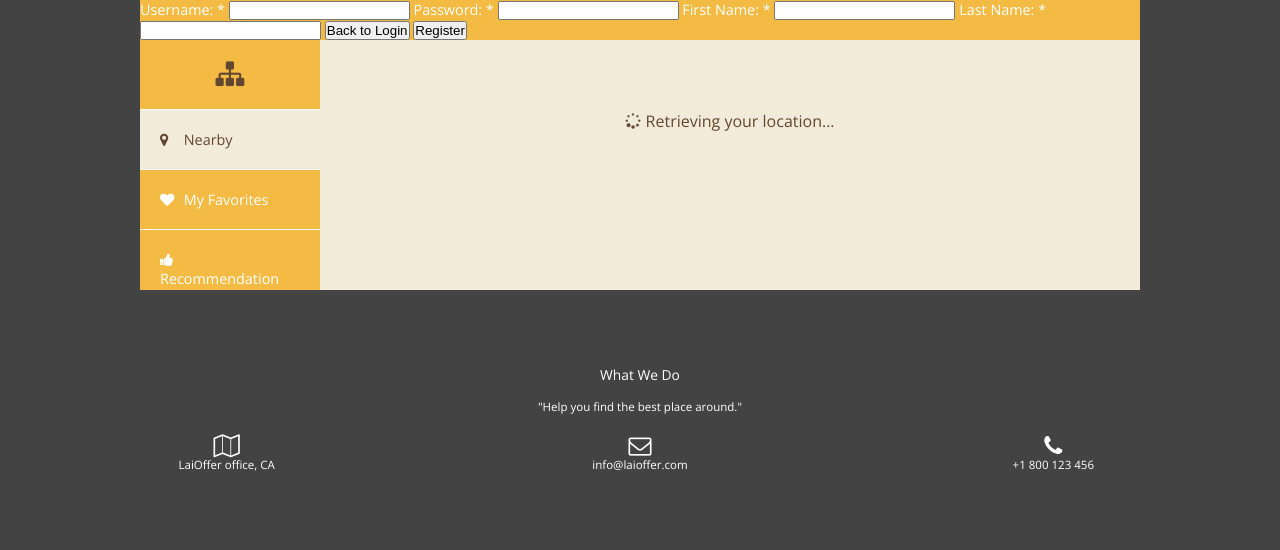
Repository: SeaJohnWeed/Ticket-Jupiter
Page: http://localhost/Jupiter/
These files come from the project's save history. The page is drawn as it stood at one moment and after the next save; the edit follows.
The browser window is 1280 px wide. The pictures show the part of the page from y = 310 to 1185 px (the page is 860 px tall before and 1185 px after).
Some web libraries are served in a nearby version. The page is served by Tomcat 9.

Above is the page before, as saved 2019-12-10 04:25:07.

After the next save:
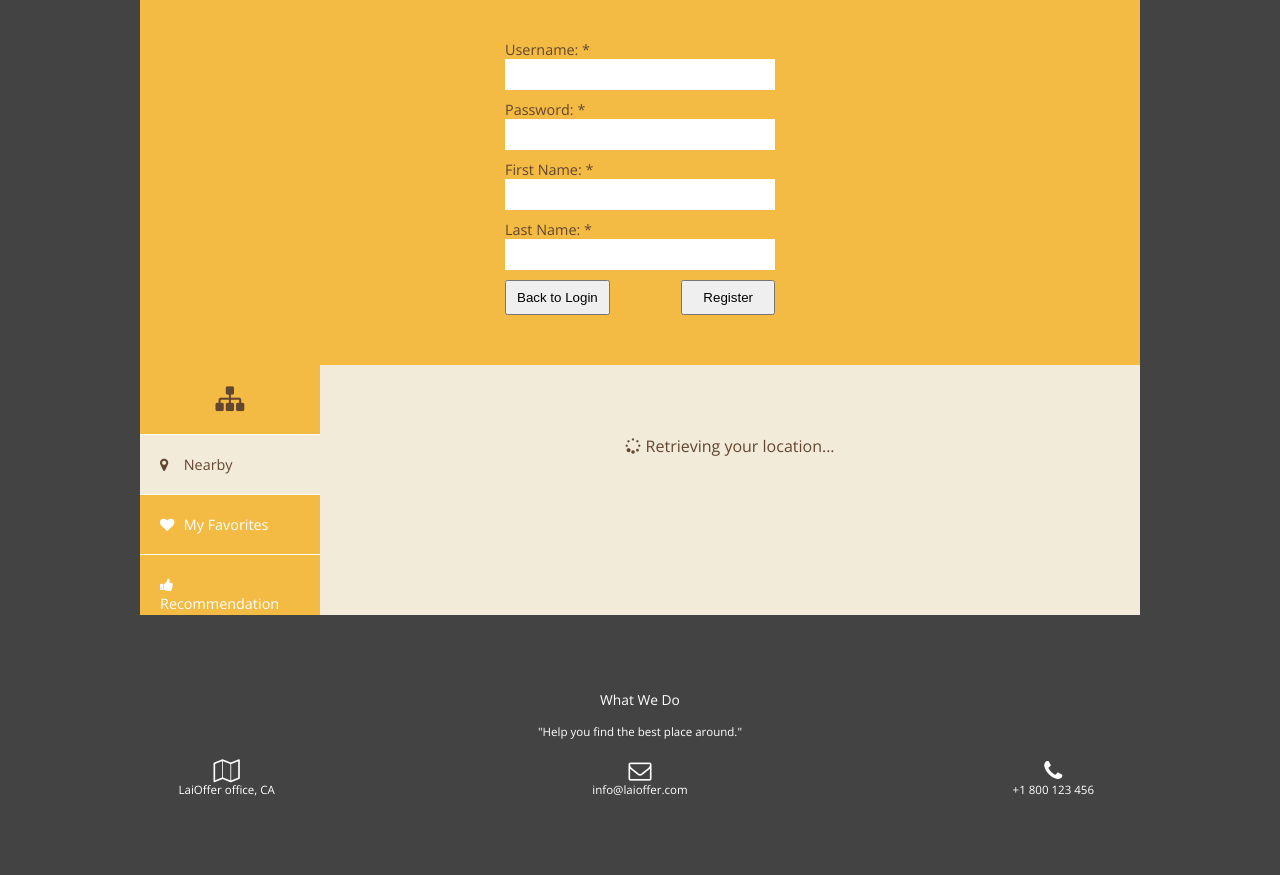
Saved 13 s later.
--- a/Jupiter/WebContent/styles/main.css
+++ b/Jupiter/WebContent/styles/main.css
@@ -83,7 +83,7 @@ ul {
 	align-items: center;
 	background:
 		url('http://folkartcarsi.com/img/4.jpg')
-		no-repeat 50% 50%;
+		no-repeat 50% 40%;
 	background-size: 100%;
 	display: flex;
 	height: 250px;
@@ -110,7 +110,7 @@ ul {
 	margin: 0px auto;
 	overflow: auto;
 	padding: 40px;
-	width: 300px;
+	width: 350px;
 }
 
 #login-form label {
@@ -125,14 +125,64 @@ ul {
 	width: 100%;
 }
 
-#login-form button {
+#login-form #login-btn {
 	cursor: pointer;
 	float: right;
 	padding: 8px 20px;
 	text-align: right;
 }
 
+#login-form #register-form-btn {
+	cursor: pointer;
+	float: left;
+	padding: 8px 10px;
+	text-align: left;
+}
+
 #login-error {
+	clear: both;
+	color: #990000;
+	padding-top: 10px;
+}
+
+/**
+ * register form
+ */
+#register-form {
+	color: #624630;
+	margin: 0px auto;
+	overflow: auto;
+	padding: 40px;
+	width: 350px;
+}
+
+#register-form label {
+	display: block;
+}
+
+#register-form input {
+	border: none;
+	display: block;
+	margin-bottom: 10px;
+	padding: 8px;
+	width: 100%;
+}
+
+#register-form #login-form-btn {
+	cursor: pointer;
+	float: left;
+	padding: 8px 10px;
+	text-align: left;
+}
+
+#register-form #register-btn {
+	cursor: pointer;
+	float: right;
+	padding: 8px 20px;
+	text-align: right;
+}
+
+#register-result {
 	clear: both;
 	color: #990000;
 	padding-top: 10px;
